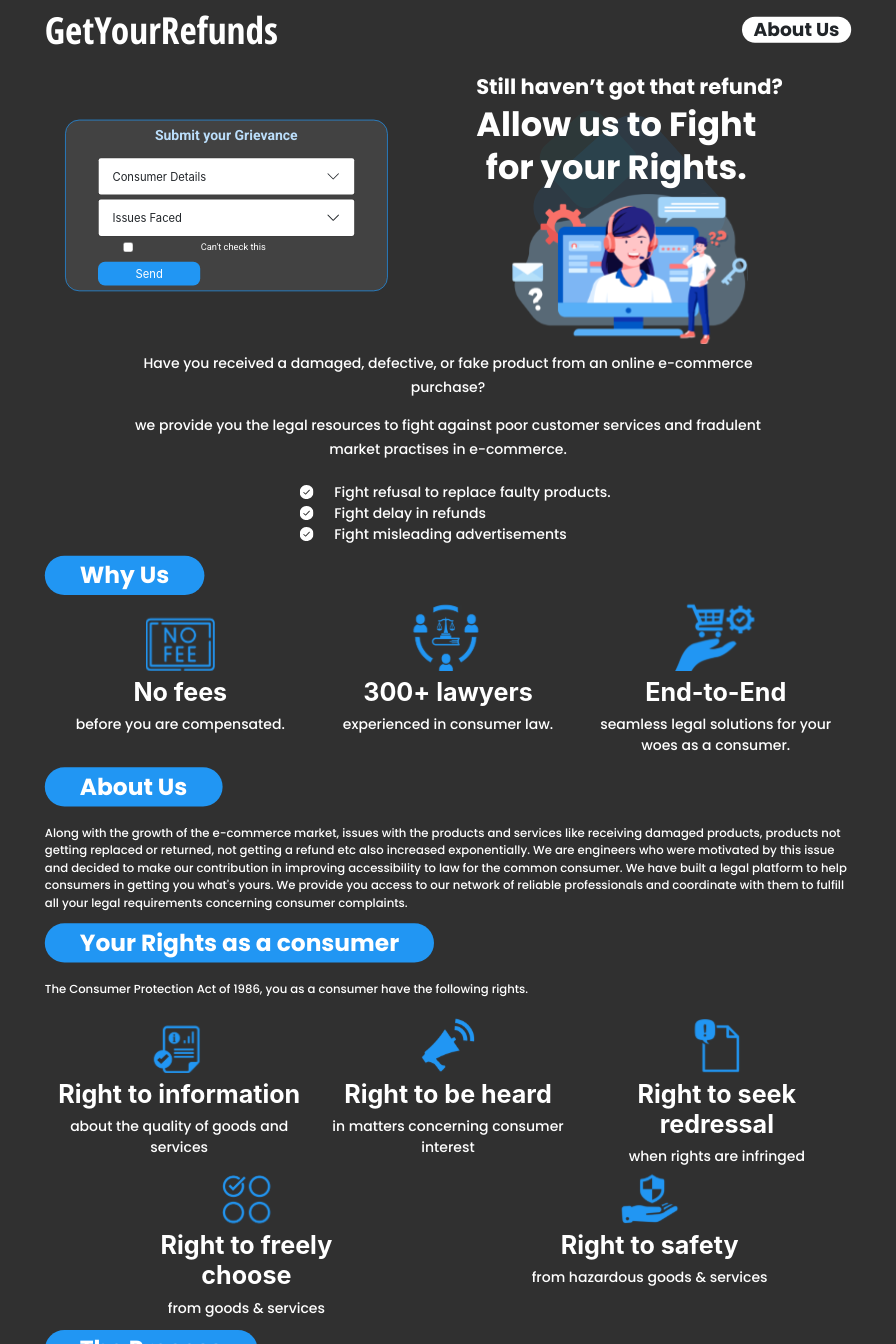
Repository: Eren00Yeager/initial-survey
Page: /consumer-complaints
An editor plug-in stored every save of this project. The page is shown before and after the next save, followed by the edit.
The browser window is 1280 px wide. The pictures show the part of the page from y = 0 to 1920 px (the page is 2604 px tall), at 70% of full size.
Some web fonts or font styles are not loaded; a fallback is used. The project was rebuilt for these pictures with package versions that can differ from the ones it lists, and the page was loaded fresh each time. The framework's server and built-in components were replaced by stand-ins that run in the browser. Also part of the build but not shown: next.config.js.

Above is the page before, as saved 2022-07-14 13:05:51.

After the next save:
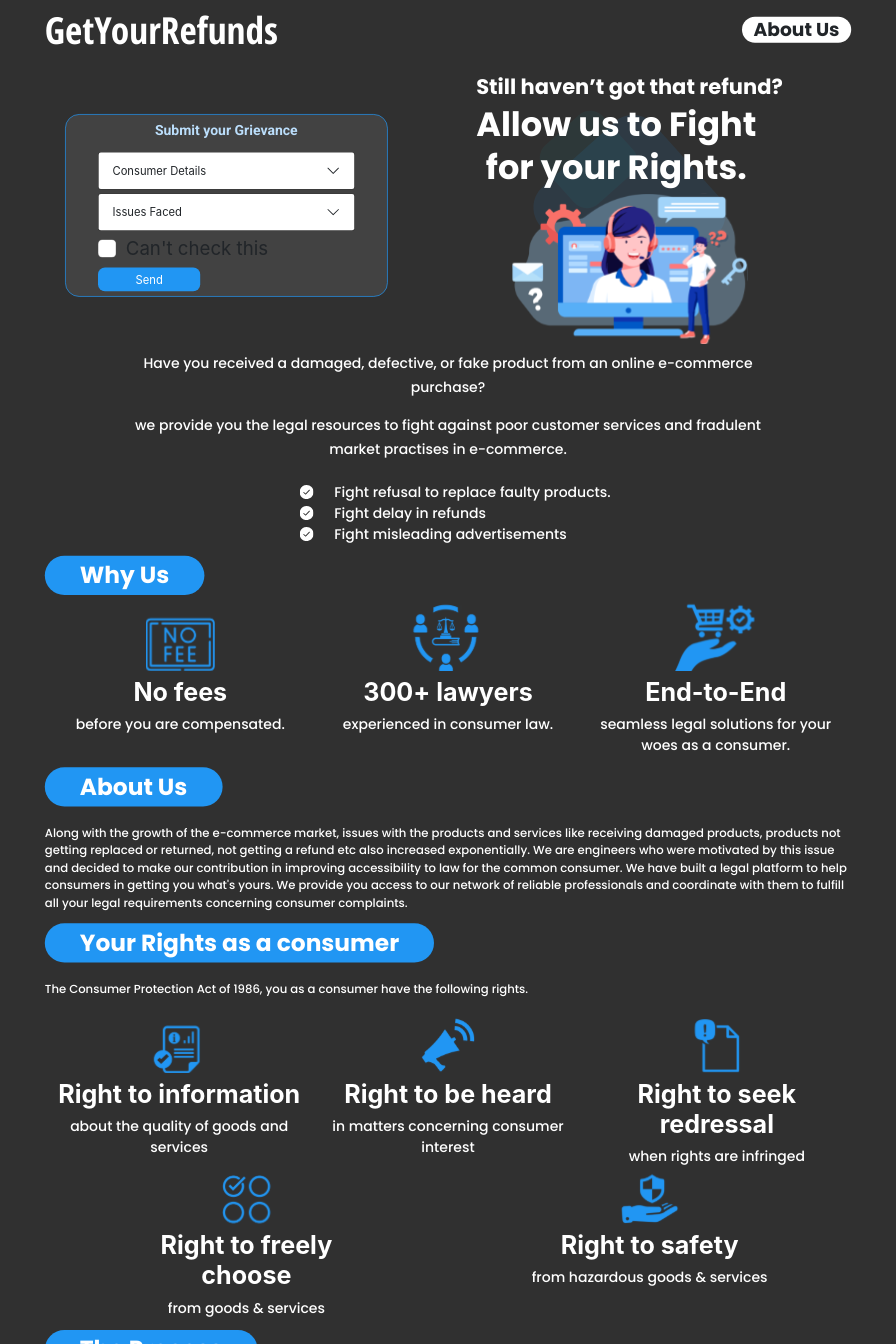
Saved 2 min 11 s later.
--- a/pages/consumer-complaints.jsx
+++ b/pages/consumer-complaints.jsx
@@ -170,7 +170,7 @@ export default function consumer() {
                 </Accordion>
 
 
-                <Form.Group className={consumerStyles.terms} >
+                <Form.Group >
                     <Form.Check type="checkbox" label="Can't check this" />
 
                 </Form.Group>
